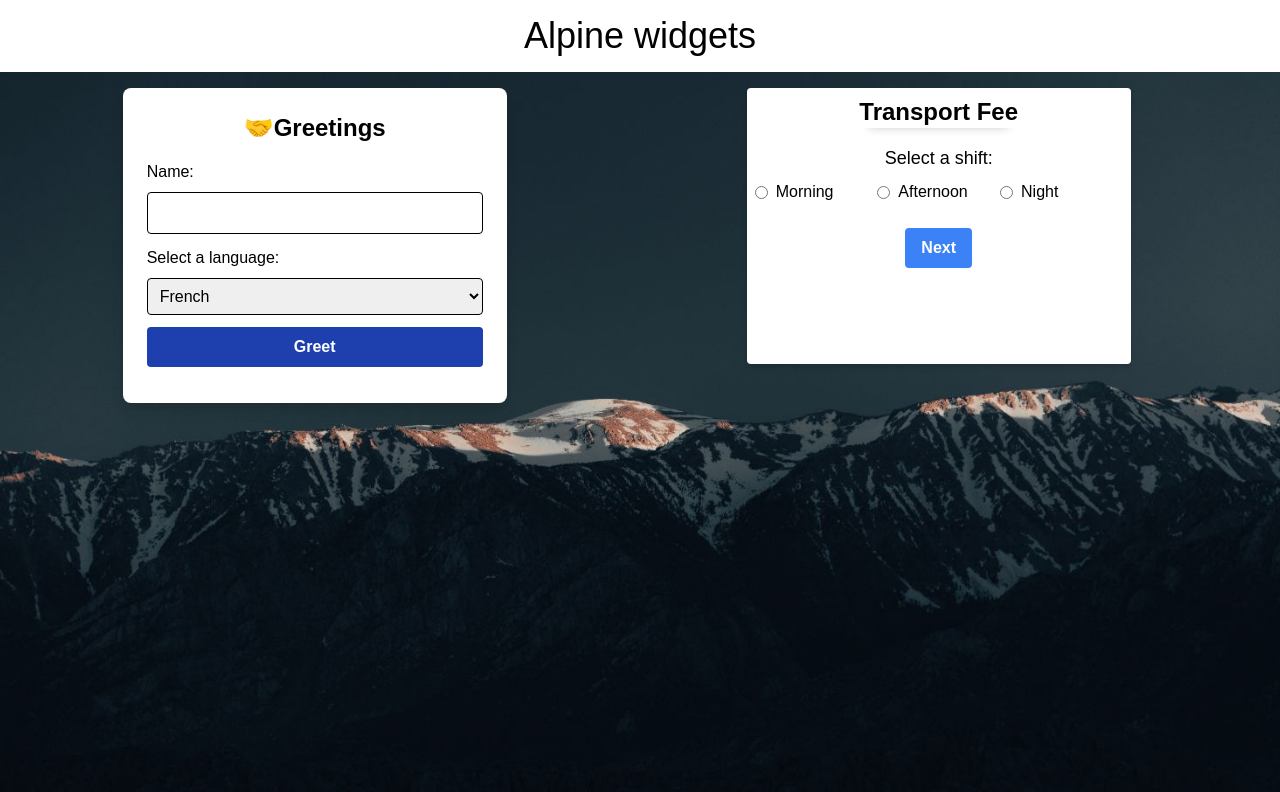
Repository: lasity34/alpine-bootcamp-widgets
Page: index.html
These files come from the project's save history. The page is drawn as it stood at one moment and after the next save; the edit follows.
The browser window is 1280 px wide. The pictures show the whole page.
Some web fonts or font styles are not loaded; a fallback is used. Some web libraries are served in a nearby version.

Above is the page before, as saved 2023-07-12 15:49:35.
Console error: ReferenceError: shift is not defined

After the next save:
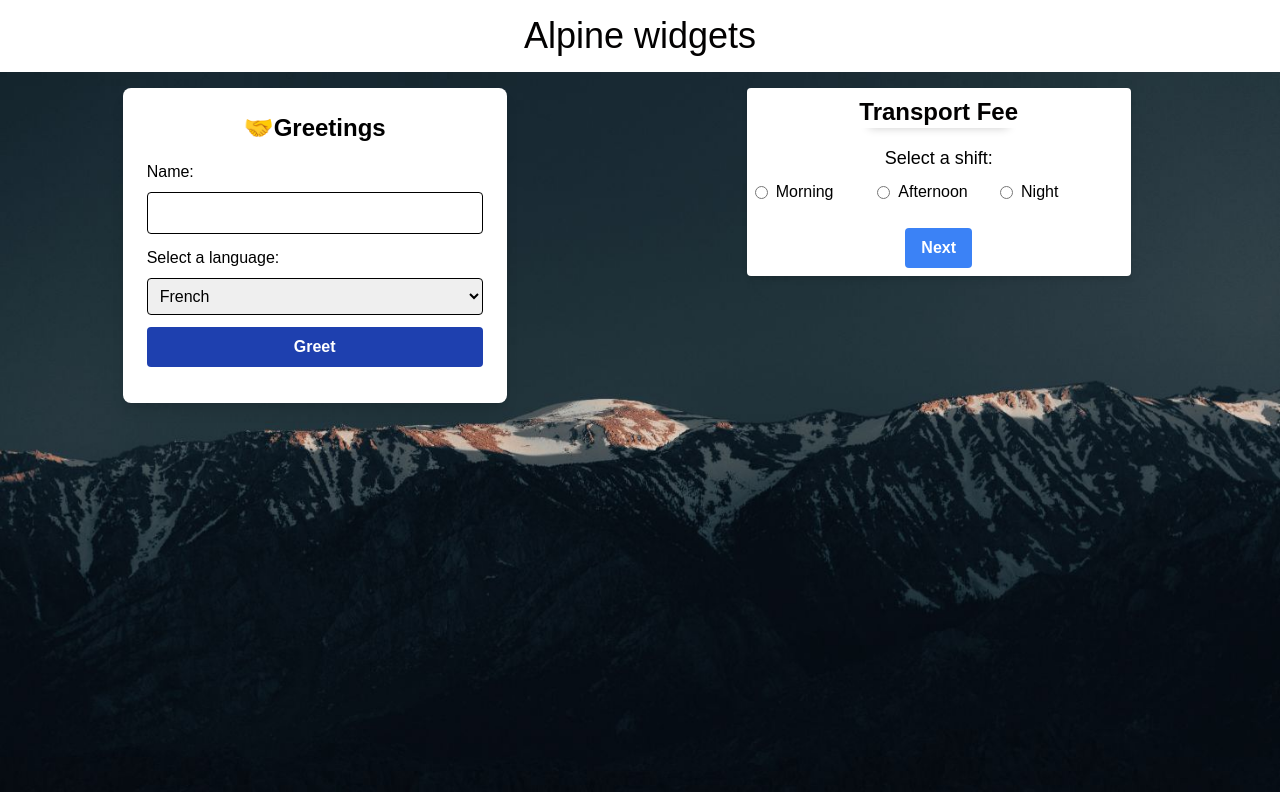
Saved 16 s later.
--- a/index.html
+++ b/index.html
@@ -69,7 +69,7 @@
       class="w-1/3 "
         x-data="transportFee"
       >
-      <div class="flex flex-col items-center bg-white max-w-sm mt-4 pb-24 p-2 rounded shadow-md">
+      <div class="flex flex-col items-center bg-white max-w-sm mt-4 h-full p-2 rounded shadow-md">
         <h1 class="text-2xl font-bold mb-4">Transport Fee</h1>
 
         <label class="text-lg mb-2">Select a shift:</label>
